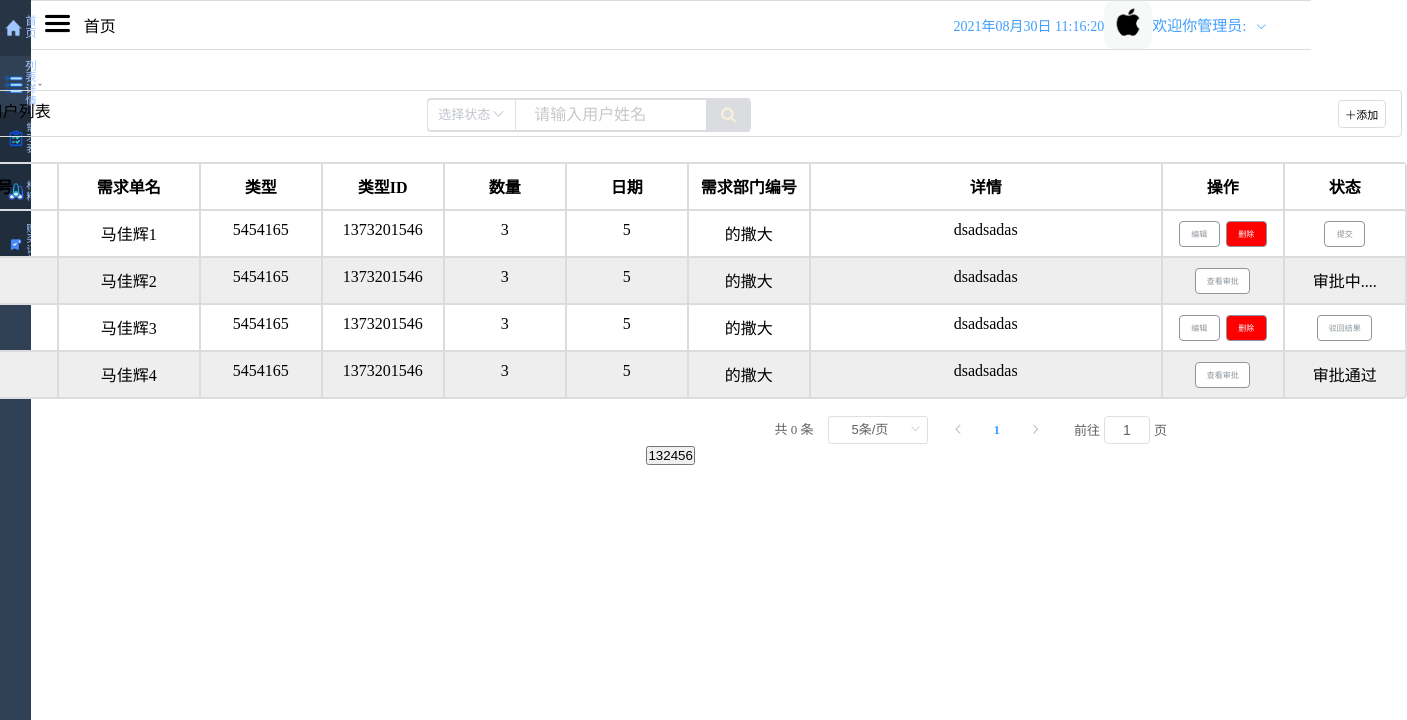
Repository: 572031690/fwwb-proj
Page: /home/body
An editor plug-in stored every save of this project. The page is shown before and after the next save, followed by the edit.
The browser window is 1280 px wide. The page is 1407 px wide, so the pictures cover 1407 px, including what lies to the right of the window. The pictures show the whole page.
The project was rebuilt for these pictures with package versions that can differ from the ones it lists, and the page was loaded fresh each time. Also part of the build but not shown: vue.config.js, src/unusercom/EditData.vue, src/assets/data/echarts.js, src/components/home-wel/MapChina.vue, src/components/home-wel/leftchart/piechart.vue, src/components/home-wel/leftchart/rankchart.vue, src/components/home-wel/rightchart/linechart.vue, src/components/home-wel/rightchart/totalchart.vue and 10 more.

Above is the page before, as saved 2021-08-30 17:49:54.

After the next save:
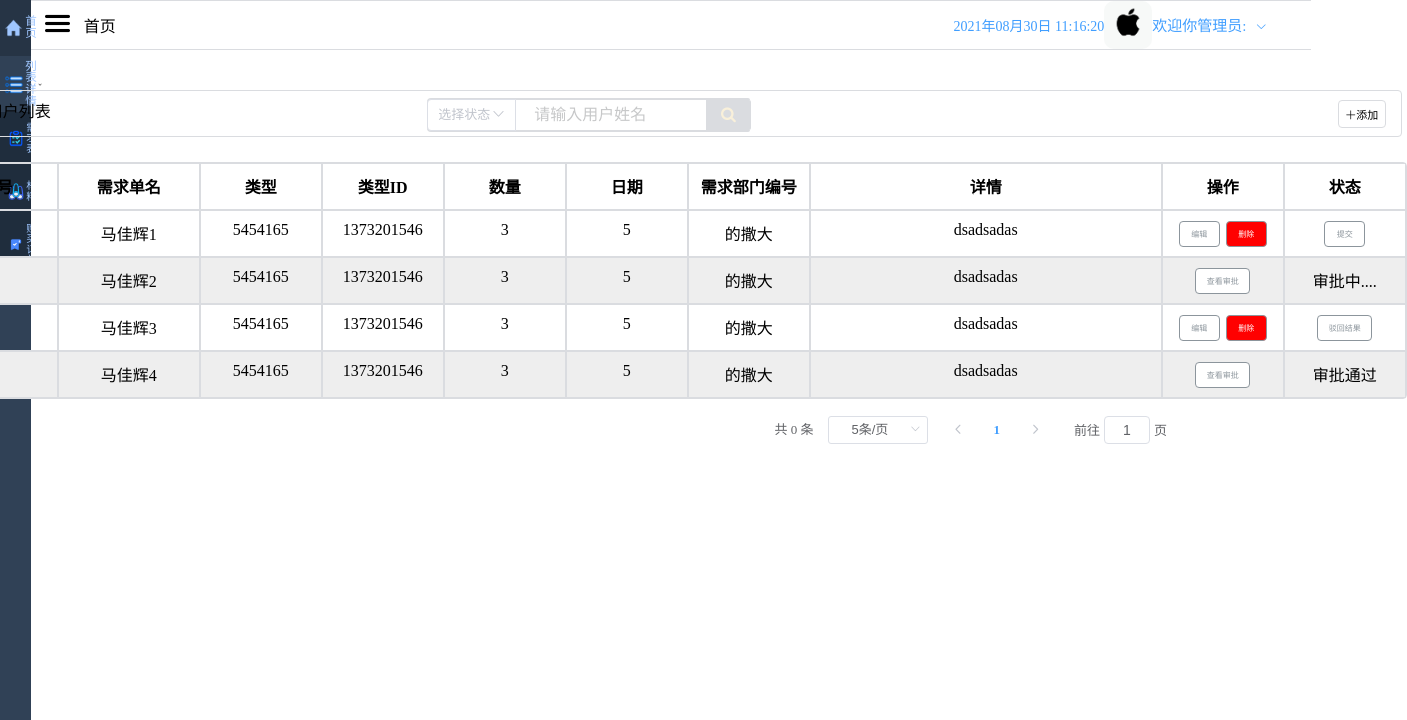
Saved 73 s later.
--- a/src/components/addDataDialog.vue
+++ b/src/components/addDataDialog.vue
@@ -1,6 +1,5 @@
 <template>
   <div>
-    <button @click="dialogFormVisibleadd = true">132456</button>
     <!-- 添加模板 -->
     <el-dialog
       title="添加数据"
